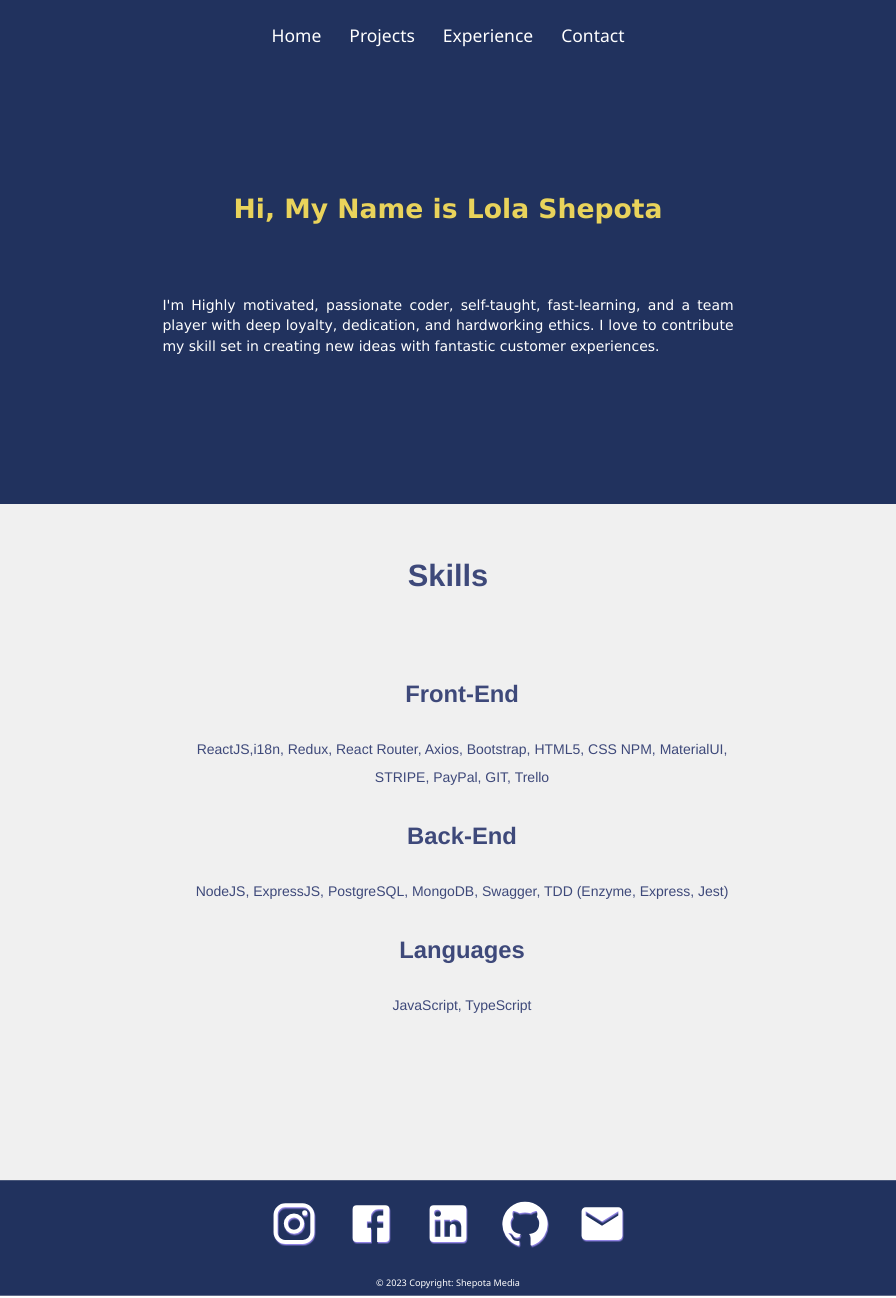
Repository: LolaSL/react-portfolio
Page: /
The author's editor kept a copy of each file at every save. The page is drawn from the files as they stood at one save, then again after the next save.
The browser window is 1280 px wide. The pictures show the whole page, at 70% of full size.
The project was rebuilt for these pictures with package versions that can differ from the ones it lists, and the page was loaded fresh each time. Also part of the build but not shown: src/components/ProjectItem/ProjectItem.jsx, src/helpers/ProjectList.js, src/pages/Projects/Style.css, src/pages/Projects/Projects.jsx, src/pages/Experience/Style.css, src/pages/Experience/Experience.jsx, src/pages/ProjectDetail/ProjectDetail.jsx, src/pages/Contact/Style.css and 1 more.

Above is the page before, as saved 2023-07-02 09:29:35.

### src/App.js
import './App.css';
import { BrowserRouter as Router, Routes, Route } from 'react-router-dom';
import Home from './pages/Home/Home.jsx';
import Projects from './pages/Projects/Projects.jsx';
import Experience from './pages/Experience/Experience.jsx';
import Navbar from "./components/Navbar/Navbar.jsx";
import Footer from './components/Footer/Footer.jsx';
import ProjectDetail from './pages/ProjectDetail/ProjectDetail';
import Contact from './pages/Contact/Contact';


function App() {
  return (
    <div className="App">
      <Router>
      <Navbar />
        <Routes>
          <Route path="/" element={<Home />} />
          <Route path="/projects" element={<Projects />} />
          <Route path="/project/:id" element={<ProjectDetail />} />
          <Route path="/experience" element={<Experience />} />
          <Route path="/contact" element ={<Contact/>}/>
        </Routes>
        <Footer />
      </Router>
    </div>
  );
}

export default App;

### src/App.css
.App {
  width: 100%;
  height: auto;
  display: flex;
  flex-direction: column;
  font-family:'Segoe UI', Tahoma, Geneva, Verdana, sans-serif;
  background-color: #f0f0f0;
}

body {
  padding: 0;
  margin: 0;
}

### src/pages/Home/Home.jsx
import React from "react";
import "./Style.css";

const Home = () => {
  return (
    <div className="home">
      <div className="about">
        <h1> Hi, My Name is Lola Shepota</h1>
        <div className="prompt">
          <p>
             I'm Highly motivated, passionate
            coder, self-taught, fast-learning, and a team player with deep
            loyalty, dedication, and hardworking ethics. I love to contribute my
            skill set in creating new ideas with fantastic customer experiences.
          </p>
        </div>
      </div>
      <div className="skills">
        <h2> Skills</h2>
        <ol className="list">
          <li className="item">
            <h3> Front-End</h3>
            <span>
              ReactJS,i18n, Redux, React Router, Axios, Bootstrap, HTML5, CSS
              NPM, MaterialUI, STRIPE, PayPal, GIT, Trello
            </span>
          </li>
          <li className="item">
            <h3>Back-End</h3>
            <span>
              NodeJS, ExpressJS, PostgreSQL, MongoDB, Swagger, TDD (Enzyme,
              Express, Jest)
            </span>
          </li>
          <li className="item">
            <h3>Languages</h3>
            <span>JavaScript, TypeScript</span>
          </li>
        </ol>
      </div>
    </div>
  );
};

export default Home;

### src/components/Navbar/Navbar.jsx
import React, { useEffect, useState } from "react";
import { Link, useLocation } from "react-router-dom";
import DehazeIcon from "@mui/icons-material/Dehaze";
import "./Style.css";

const Navbar = () => {
  const [expandNavbar, setExpandNavbar] = useState(false);
  const location = useLocation();
  useEffect(() => {
    setExpandNavbar(false);
  }, [location]);
  return (
    <div className="navbar" id={expandNavbar ? "open" : "close"}>
      <div className="toggleButton">
        <button
          onClick={() => {
            setExpandNavbar((prev) => !prev);
          }}
        >
          <DehazeIcon />
        </button>
      </div>
      <div className="links">
        <Link to="/"> Home </Link>
        <Link to="/projects"> Projects </Link>
        <Link to="/experience"> Experience </Link>
        <Link to="/contact"> Contact </Link>
      </div>
    </div>
  );
};

export default Navbar;

### src/components/Footer/Footer.jsx
import React from "react";
import InstagramIcon from "@mui/icons-material/Instagram";
import FacebookIcon from "@mui/icons-material/Facebook";
import LinkedInIcon from "@mui/icons-material/LinkedIn";
import GitHubIcon from "@mui/icons-material/GitHub";
import EmailIcon from "@mui/icons-material/Email";
import "./Style.css";

const Footer = () => {
  return (
    <div className="footer">
      <div className="socialMedia">
        <InstagramIcon />
        <FacebookIcon />
        <LinkedInIcon />
        <GitHubIcon />
        <a href="mailto:lolashepota@gmail.com?subject=Mail from my Website">
            <EmailIcon />
          </a>
      </div>
      <div className="copyright">
        <p>&copy; {new Date().getFullYear()} Copyright: Shepota Media</p>
      </div>
    </div>
  );
};

export default Footer;

### src/pages/Home/Style.css
.home {
    width: 100%;
    align-items: center;
    font-family: "Helvetica Neue",Helvetica;
    color: #3e497a;


  }

  .about {
    width: 100%;
    height: calc(100vh - 100px);
    display: flex;
    flex-direction: column;
    justify-content: center;
    align-items: center;
    text-align: center;
    background-color: #21325e;
    color: #f0f0f0;
  }

  .about h1 {
    font-family:Verdana, Geneva, Tahoma, sans-serif;
    font-size: 38px;
    color: #e9d35b;
    height: 50px;
    margin-bottom: 25px;
  }

  .about .prompt {
    width: 50%;
    font-size: 30px;
  }
   .prompt p {
    font-size: 20px;
    text-align: justify;
    font-family: Verdana, Geneva, Tahoma, sans-serif;
    line-height: 29px;
    padding: 40px;
   }
  .skills {
    font-size: 35px;
    width: 100%;
    display: flex;
    justify-content: center;
    flex-direction: column;
    align-items: center;
    margin-top: 40px;
  }

  .skills h2 {
    color: #3e497a;
    font-size: 44px;
    margin-bottom: 40px;
  }
  .skills h3 {
    color: #3e497a;
    font-size: 34px;
    margin-top: 50px;;
  }

  .skills .list {
    list-style: none;
    width: 60%;
  }

  .list span {
    font-size: 20px;
  }


    .about .prompt {
      margin-top: 10px;
      font-size: 20px;
      width: 70%;
    }

    .skills {
      text-align: center;
    }


    @media only screen and (max-width: 1300px) {
      .about h2 {
        font-size: 48px;
      }

  }
    @media only screen and (max-width: 800px) {
      .about h2 {
        font-size: 38px;
      }

  }
    @media only screen and (max-width: 600px) {
      .about h2 {
        font-size: 28px;
      }
      .about .prompt {
        margin-top: 10px;
        font-size: 20px;
        width: 80%;
      }

      .skills {
        text-align: center;
      }
      .list {
        padding: 20px;
      }

      .skills h2 {
        font-size: 40px;
        margin-bottom: 20px;
      }
      .skills h3 {
        font-size: 30px;
        margin-top:30px;
      }
  }

### src/components/Navbar/Style.css
.navbar {
  width: 100%;
  height: 100px;
  background: #21325e;
}

.links {
  width: 100%;
  height: 100%;
  display: flex;
  align-items: center;
  justify-content: center;
  color: white;
}

.navbar a {
  color: white;
  text-decoration: none;
  margin: 20px;
  font-size: 25px;
}

.toggleButton {
  width: 100%;
  height: 100px;
  display: flex;
  align-items: center;
  justify-content: flex-end;
}

.toggleButton svg {
  font-size: 50px;
}
.toggleButton button {
  margin-right: 20px;
  background-color: transparent;
  border: none;
  color: white;
  cursor: pointer;
}

#open {
  height: 100vh;
}

#open .links {
  flex-direction: column;
  justify-content: flex-start;
  margin-top: 100px;
}

#open a {
  width: 100%;
  text-align: center;
}

@media only screen and (max-width: 900px) {
  .navbar a {
    width: 70px;
  }
}

@media only screen and (max-width: 600px) {
  .toggleButton {
    display: flex;
  }
  #close a {
    display: none;
  }
}

@media only screen and (min-width: 600px) {
  .toggleButton {
    display: none;
  }

  .hiddenLinks {
    display: none;
  }

  #open {
    height: 100px;
  }

  #open .links {
    flex-direction: row;
  }
}

### src/components/Footer/Style.css
.footer {
    width: 100%;
    height: 155px;
    background: #21325e;
    display: flex;
    justify-content: center;
    align-items: center;
    flex-direction: column;
    padding-top: 10px;
    margin-top: 200px;
  }

  .socialMedia svg{
    color: white;
    margin: 20px;
    font-size: 70px;
    cursor: pointer;
  }

p {
    color: white;
    font-size: small;
  }

  @media only screen and (max-width: 600px) {
    .footer svg {
      font-size: 50px;
    }
  }

### src/pages/ProjectDetail/Style.css
.project {
  width: 100%;
  height: calc(100vh - 100px);
  display: flex;
  justify-content: center;
  align-items: center;
  flex-direction: column;
}

.project > h1 {
  margin-bottom: 50px;
  color: #3e497a;
  font-size: 2rem;
}
.project img {
  max-width: 700px;
  border-radius: 10px;
  margin-bottom: 40px;
}

.project h3 {
  font-size: 1.7rem;
  color: #3e497a;
  padding: 50px;
  text-align: justify;
}
a {
  text-decoration: none;
  color: rgb(11, 37, 185);
  font-weight: normal;
  font-size: 24px;
}
a:hover {
  text-decoration: none;
  color: rgb(188, 188, 24);
  font-weight: bold;
  transition: all ease 0.3s;
  font-size: 24px;
  cursor: pointer;
  text-shadow: 0 0 0.625em rgb(203, 211, 56);
}
.project svg {
  font-size: 60px;
  color: #3e497a;
}
.project svg:hover {
  color: #2d2d84;
  cursor: pointer;
}
svg {
  filter: drop-shadow(1px 2px 1px rgb(144, 130, 227));
}
@media only screen and (max-width: 1300px) {
  .project img {
    max-width: 500px;
    border-radius: 8px;
  }
  .project h1 {
    font-size: 1.8rem;
  }
  .project h3 {
    font-size: 1.4rem;
  }
}

@media only screen and (max-width: 800px) {
  .project img {
    max-width: 374px;
    border-radius: 6px;
  }
  .project h1 {
    font-size: 1.7rem;
  }
  .project h3 {
    font-size: 1.3rem;
  }
}

Loaded but not shown: public/index.html (common file); src/index.js (common file); src/reportWebVitals.js (common file)

After the next save:
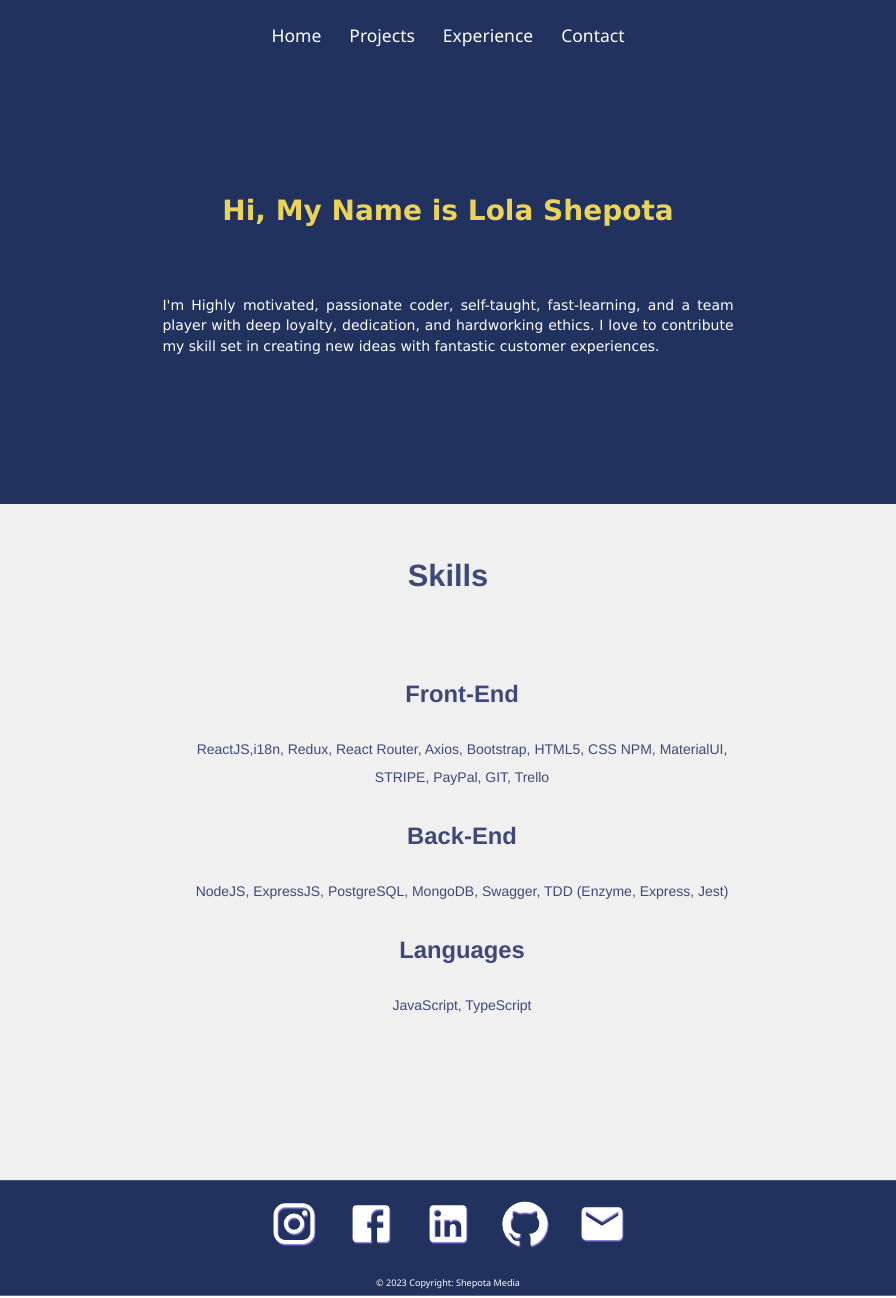
Saved 6 min 11 s later.
--- a/src/pages/Home/Style.css
+++ b/src/pages/Home/Style.css
@@ -21,7 +21,7 @@
 
   .about h1 {
     font-family:Verdana, Geneva, Tahoma, sans-serif;
-    font-size: 38px;
+    font-size: 40px;
     color: #e9d35b;
     height: 50px;
     margin-bottom: 25px;
